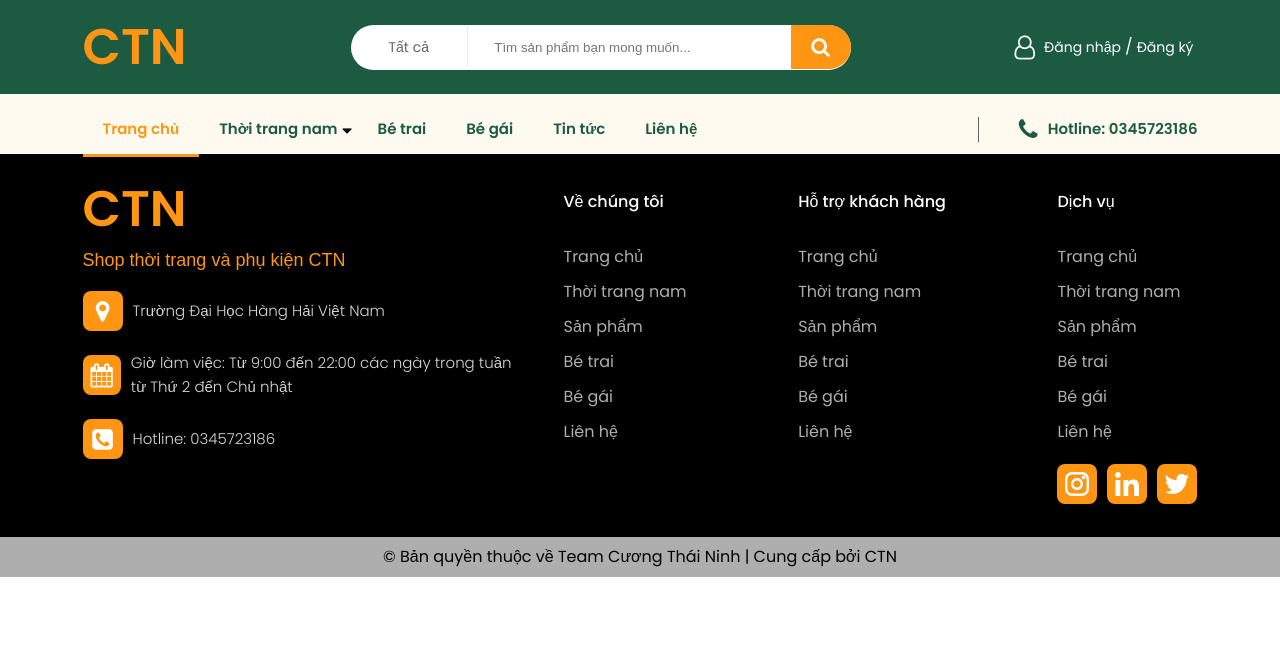
Repository: cuongchua2k2/BaiTapLon-web
Page: product.html
The author's editor kept a copy of each file at every save. The page is drawn from the files as they stood at one save, then again after the next save.
The browser window is 1280 px wide. The pictures show the whole page.

Above is the page before, as saved 2023-12-10 11:38:52.

After the next save:
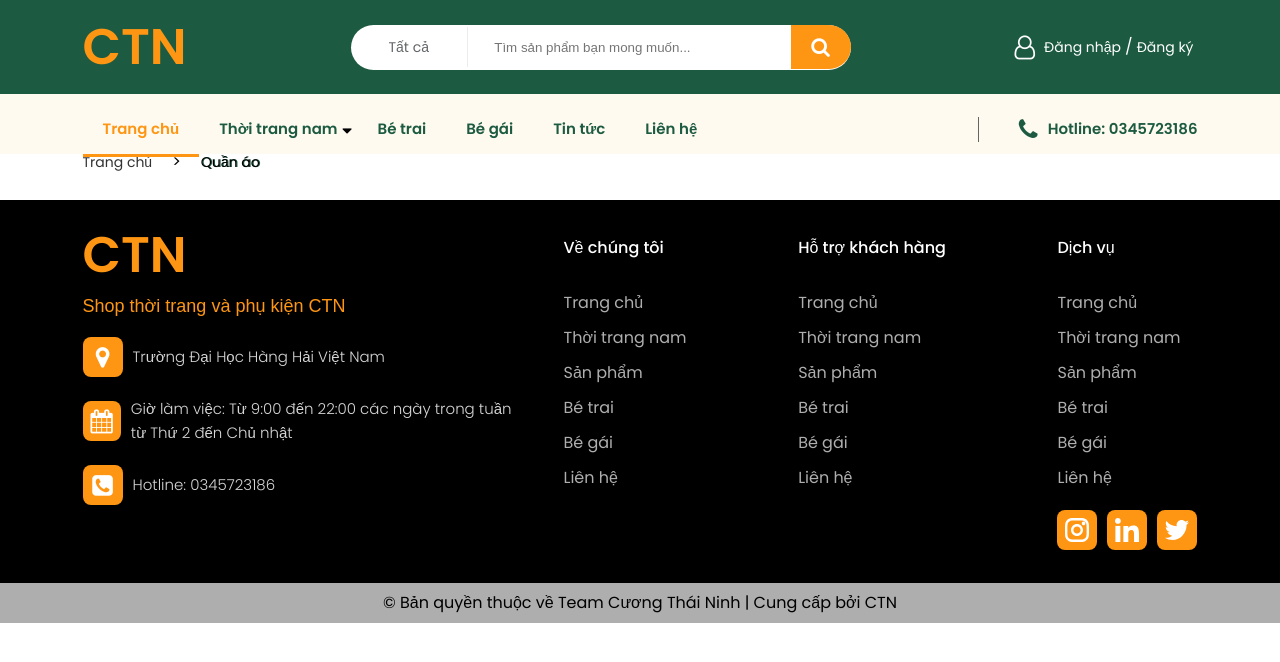
Saved 31 min 1 s later.
--- a/product.html
+++ b/product.html
@@ -97,7 +97,15 @@
       </div>
     </header>
     <!-- main product -->
-
+    <div class="product">
+      <div class="content">
+        <div class="category__nav">
+          <a href="./index.html" class="category__nav__home">Trang chủ</a>
+          <span>&gt;</span>
+          <span class="category__desc">Quần áo</span>
+        </div>
+      </div>
+    </div>
     <!-- footer -->
     <footer>
       <div class="footer-body">
